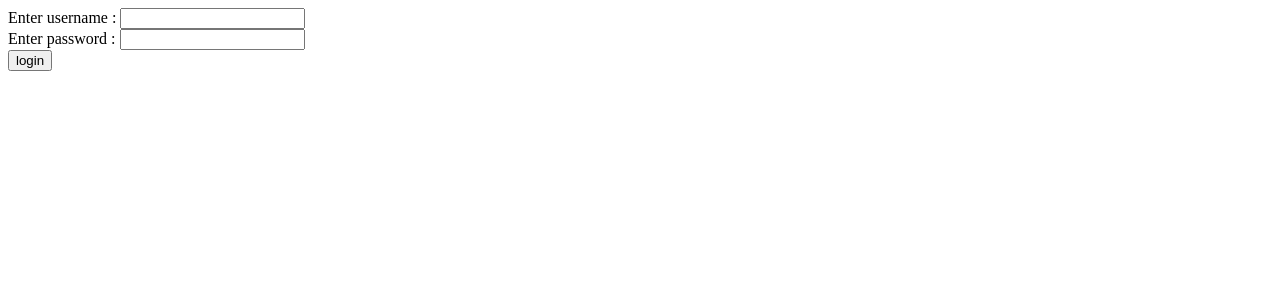
Repository: diazagasatya/NeuralNetwork
Page: http://localhost/FindAFriend/login.jsp
The author's editor kept a copy of each file at every save. The page is drawn from the files as they stood at one save, then again after the next save.
The browser window is 1280 px wide. The pictures show the whole page.
The page is served by Tomcat 9.

Above is the page before, as saved 2017-11-13 22:17:48.

### eclipse-workspace/FindAFriend/WebContent/login.jsp
<%@ page language="java" contentType="text/html; charset=UTF-8"
    pageEncoding="UTF-8"%>
<!DOCTYPE html PUBLIC "-//W3C//DTD HTML 4.01 Transitional//EN" "http://www.w3.org/TR/html4/loose.dtd">
<html>
<head>
<meta http-equiv="Content-Type" content="text/html; charset=UTF-8">
<title>Insert title here</title>
</head>
<body>

	<form action="Login">
		Enter username	: <input type="text" name="uname"><br>
		Enter password 	: <input type="password" name="pass"><br>
		<input type="submit" value="login">
	</form>


</body>
</html>

After the next save:
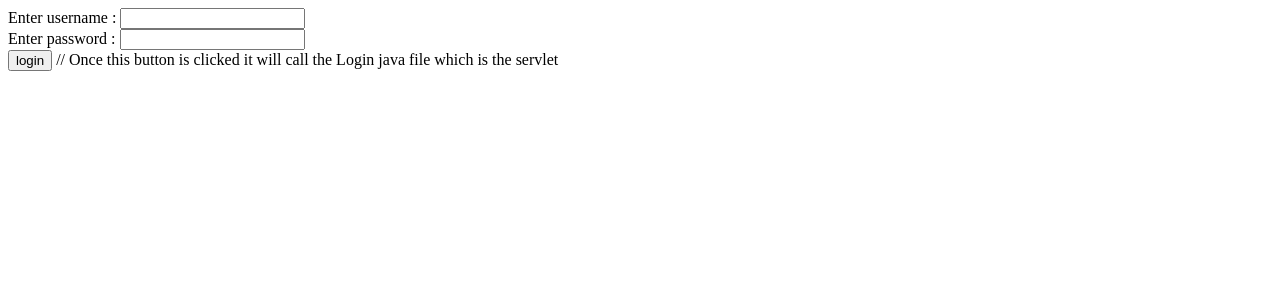
Saved 32 s later.
--- a/eclipse-workspace/FindAFriend/WebContent/login.jsp
+++ b/eclipse-workspace/FindAFriend/WebContent/login.jsp
@@ -11,7 +11,7 @@
 	<form action="Login">
 		Enter username	: <input type="text" name="uname"><br>
 		Enter password 	: <input type="password" name="pass"><br>
-		<input type="submit" value="login">
+		<input type="submit" value="login"> // Once this button is clicked it will call the Login java file which is the servlet
 	</form>
 
 
